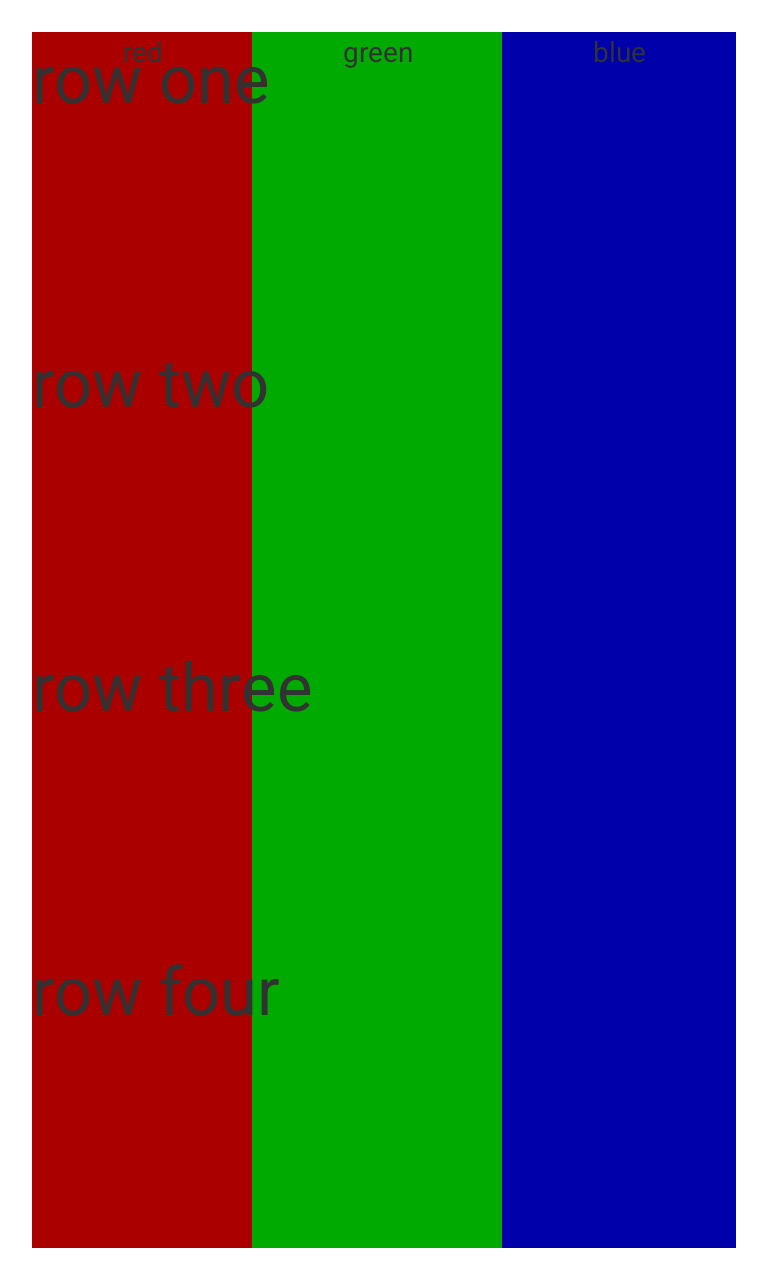
Repository: PatKelsh/IS-413
Layout: LinearLayout/res/layout/activity_main.xml
The author's editor kept a copy of each file at every save. The layout is drawn from the files as they stood at one save, then again after the next save.
It is drawn on a 768 x 1280 px phone screen (xhdpi) without system bars, with theme AppTheme; the app's code is not run.

Above is the layout before, as saved 2015-02-04 04:39:38.

After the next save:
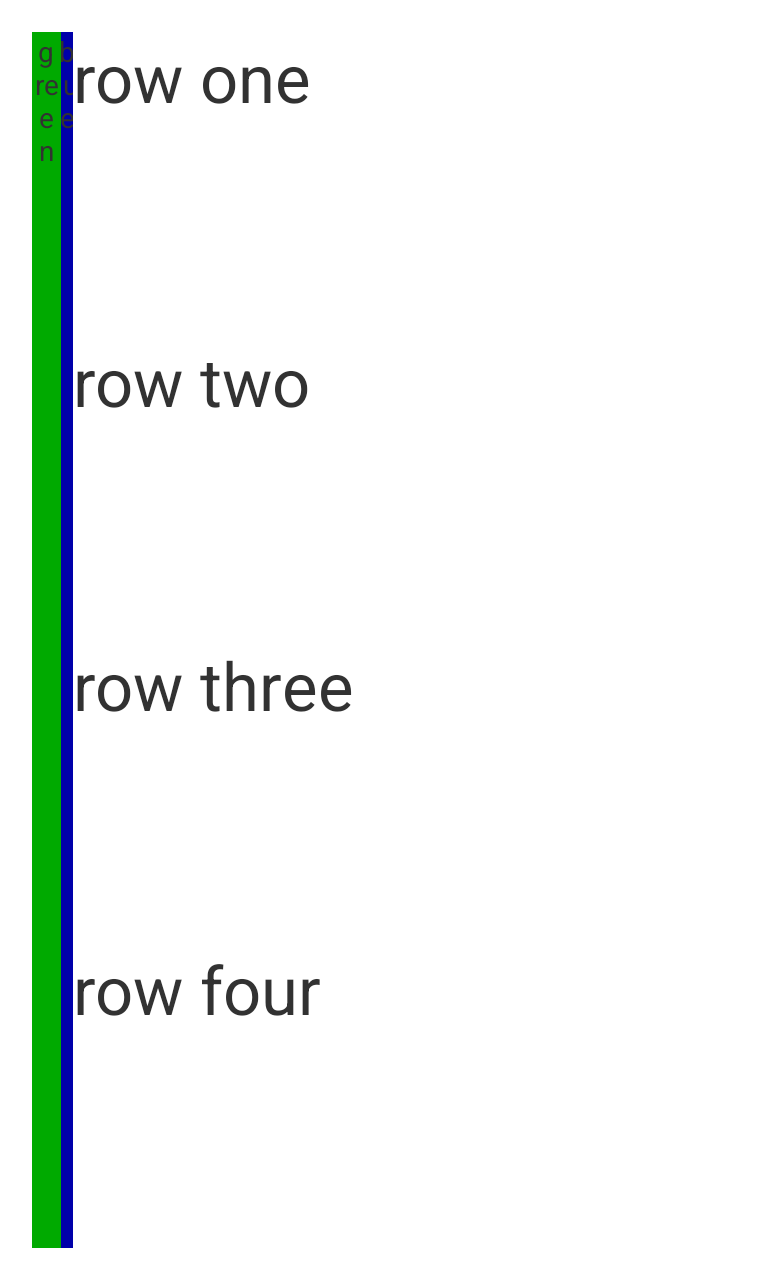
Saved 78 min 26 s later.
--- a/LinearLayout/res/layout/activity_main.xml
+++ b/LinearLayout/res/layout/activity_main.xml
@@ -37,7 +37,7 @@
             android:layout_width="wrap_content"
             android:layout_height="fill_parent"
             android:layout_weight="1"/>
-    </LinearLayout>
+
     <LinearLayout
         android:orientation="vertical"
         android:layout_width="fill_parent"
@@ -72,6 +72,7 @@
             android:layout_weight="1"/>
 
     </LinearLayout>
+    </LinearLayout>
 
 
 </RelativeLayout>

After the save that followed:
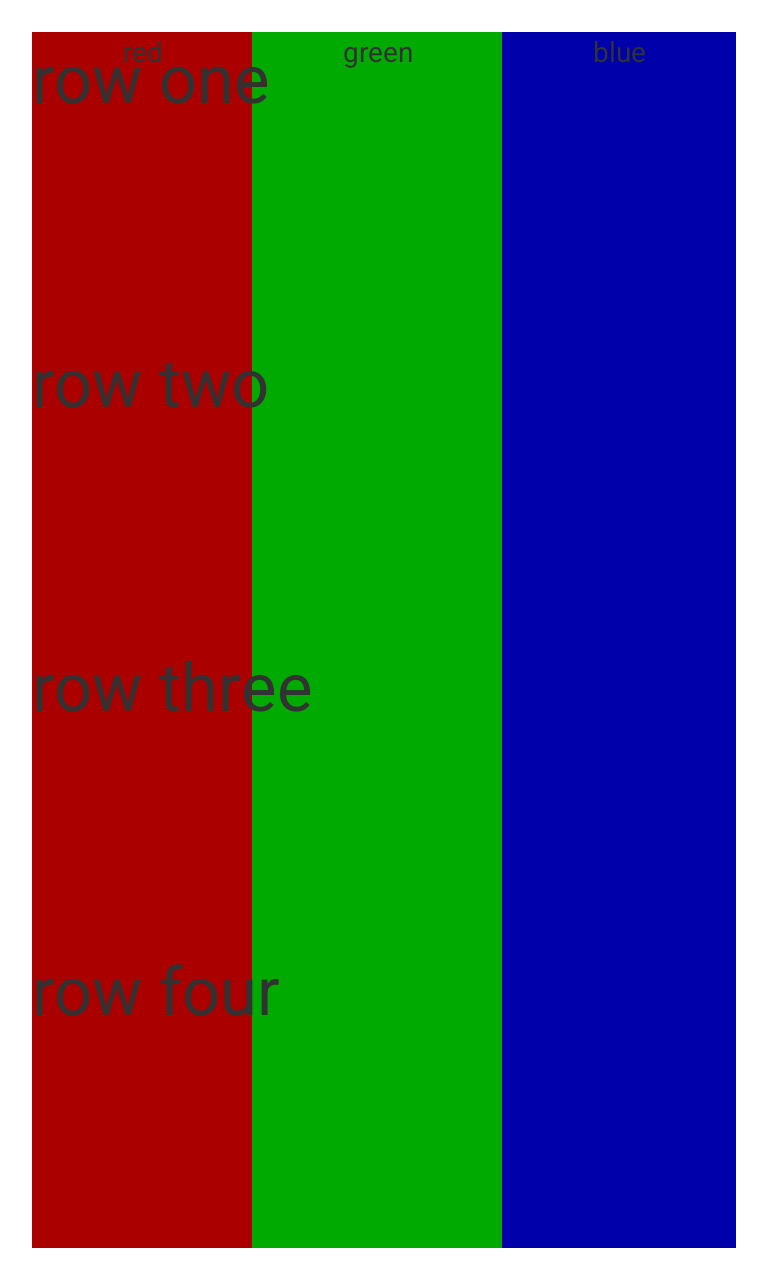
Saved 39 s later.
--- a/LinearLayout/res/layout/activity_main.xml
+++ b/LinearLayout/res/layout/activity_main.xml
@@ -37,7 +37,7 @@
             android:layout_width="wrap_content"
             android:layout_height="fill_parent"
             android:layout_weight="1"/>
-
+    </LinearLayout>
     <LinearLayout
         android:orientation="vertical"
         android:layout_width="fill_parent"
@@ -72,7 +72,6 @@
             android:layout_weight="1"/>
 
     </LinearLayout>
-    </LinearLayout>
 
 
 </RelativeLayout>
